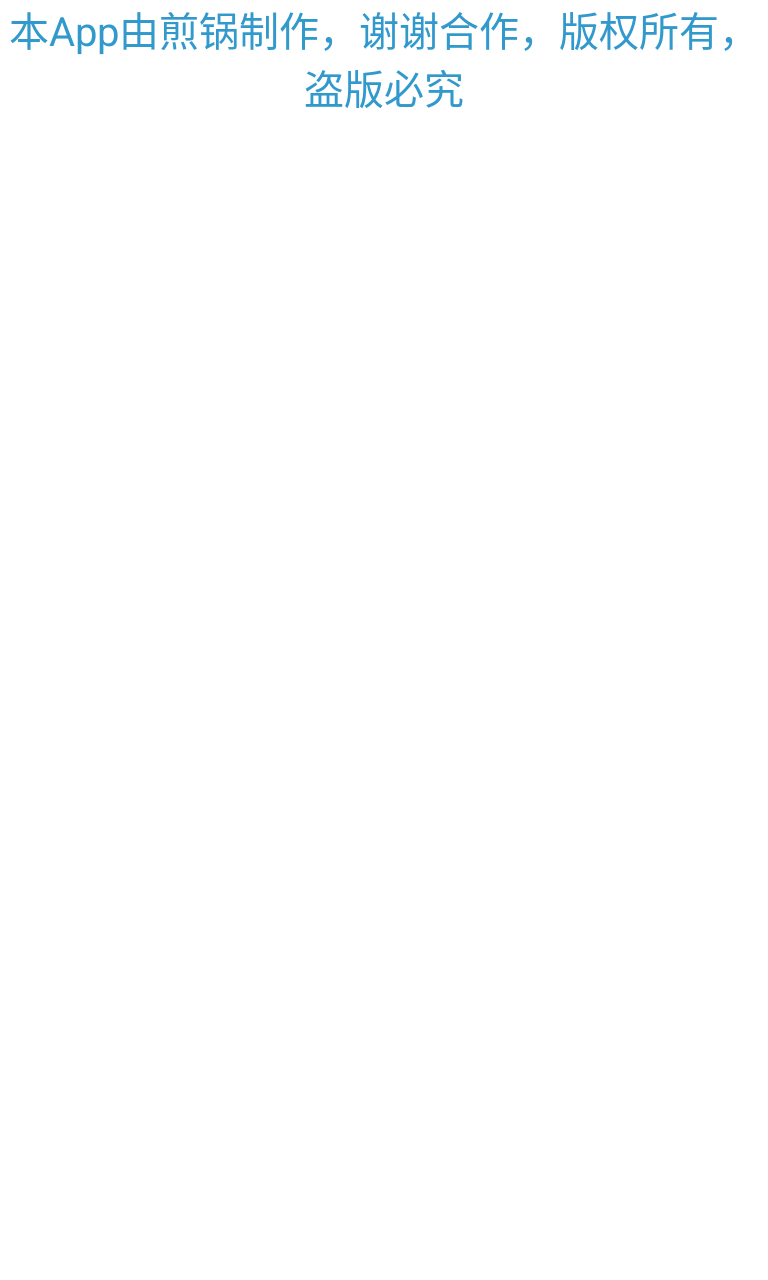
Repository: liujianpc/AndroidStudy
Layout: NewsApplication/res/layout/about_content_layout.xml
These files come from the project's save history. The layout is drawn as it stood at one moment and after the next save; the edit follows.
It is drawn on a 768 x 1280 px phone screen (xhdpi) without system bars, with theme AppTheme; the app's code is not run.

Above is the layout before, as saved 2016-07-26 07:07:14.

After the next save:
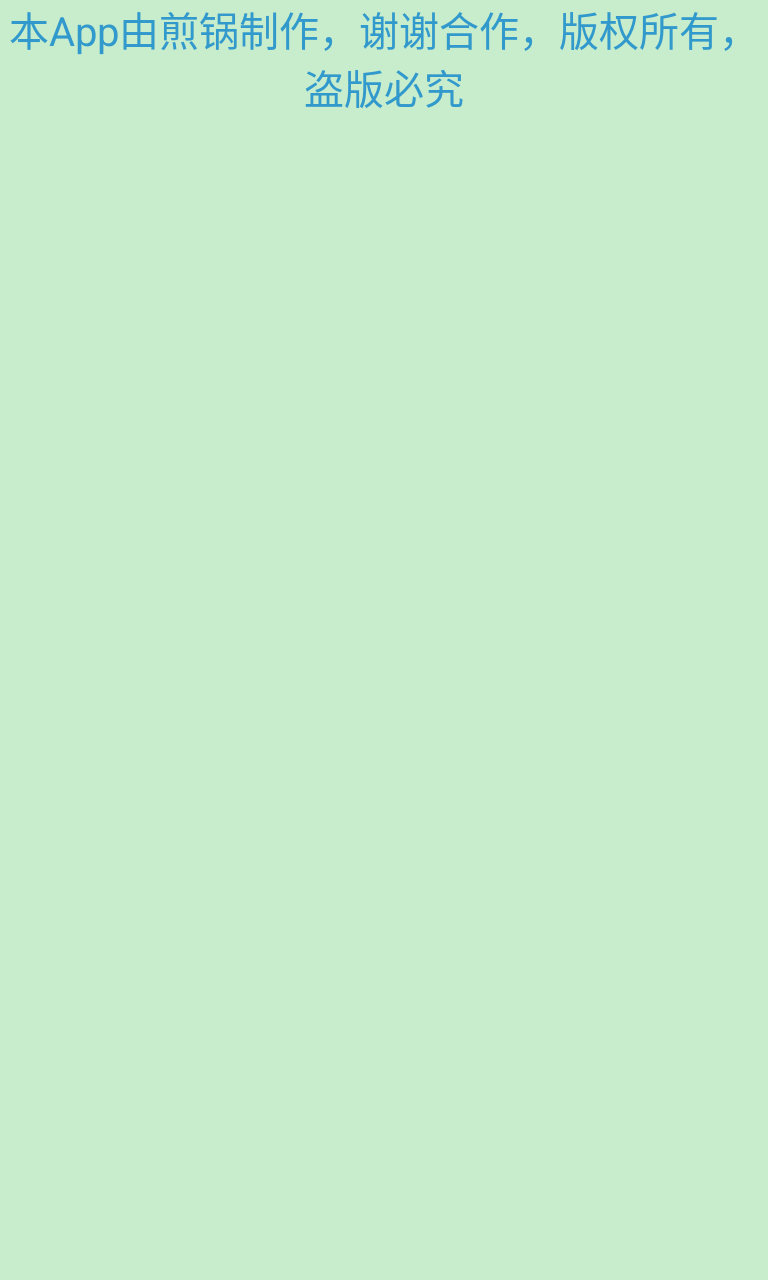
Saved 8 s later.
--- a/NewsApplication/res/layout/about_content_layout.xml
+++ b/NewsApplication/res/layout/about_content_layout.xml
@@ -1,7 +1,8 @@
 <?xml version="1.0" encoding="utf-8"?>
 <RelativeLayout xmlns:android="http://schemas.android.com/apk/res/android"
     android:layout_width="match_parent"
-    android:layout_height="match_parent" >
+    android:layout_height="match_parent"
+    android:background="#C7EDCC" >
 
     <TextView
         android:layout_width="match_parent"
